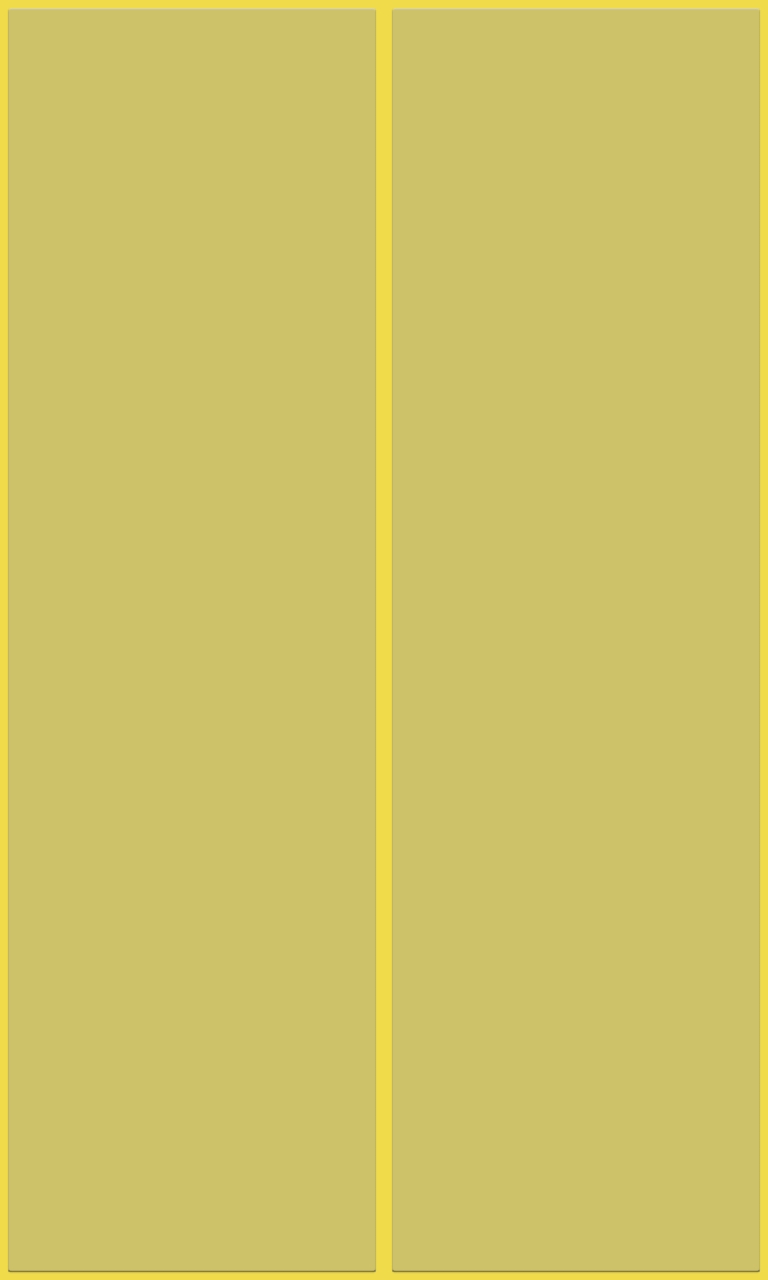
Repository: Skyremix/Winx
Layout: Winx/Winx/res/layout/stages.xml
The author's editor kept a copy of each file at every save. The layout is drawn from the files as they stood at one save, then again after the next save.
It is drawn on a 768 x 1280 px phone screen (xhdpi) without system bars, with theme AppTheme; the app's code is not run.

Above is the layout before, as saved 2015-05-14 23:47:44.

### Winx/Winx/res/layout/stages.xml
<?xml version="1.0" encoding="utf-8"?>
<LinearLayout xmlns:android="http://schemas.android.com/apk/res/android"
    android:layout_width="match_parent"
    android:layout_height="match_parent"
    android:orientation="vertical"
    android:background="#F0DC4B">

    <LinearLayout
        android:layout_width="match_parent"
        android:layout_height="wrap_content"
        android:layout_weight="1" >

        <LinearLayout
            android:layout_width="match_parent"
            android:layout_height="match_parent"
            android:layout_weight="1" >

            <Button
                android:id="@+id/btnback"
                android:layout_width="wrap_content"
                android:layout_height="wrap_content"
                android:layout_gravity="center_horizontal"
                android:text="Back"
                android:textColor="#316664"/>

        </LinearLayout>

        <LinearLayout
            android:layout_width="match_parent"
            android:layout_height="match_parent"
            android:layout_weight="1">


        </LinearLayout>

    </LinearLayout>

    <LinearLayout
        android:layout_width="match_parent"
        android:layout_height="match_parent">

        <LinearLayout
            android:layout_width="match_parent"
            android:layout_height="match_parent"
            android:layout_weight="1" >

            <Button
                android:id="@+id/imageView1"
                android:layout_width="match_parent"
                android:layout_height="match_parent"
                android:layout_gravity="center_horizontal"
                android:src="@drawable/buttons"/>

        </LinearLayout>

        <LinearLayout
            android:layout_width="match_parent"
            android:layout_height="match_parent"
            android:layout_weight="1">

            <Button
                android:id="@+id/imageView2"
                android:layout_width="match_parent"
                android:layout_height="match_parent"
                android:src="@drawable/buttons" />

        </LinearLayout>

    </LinearLayout>

  <LinearLayout
	        android:layout_width="match_parent"
	        android:layout_height="wrap_content"
	        android:background="#F0DC4B" >

	                 <LinearLayout
            android:layout_width="match_parent"
            android:layout_height="match_parent"
            android:layout_weight="1.00"
            android:background="#9C79AE"
            android:gravity="center_horizontal"
            android:layout_marginTop="2dp"
            android:layout_marginLeft="3dp"
            android:layout_marginBottom="2dp">

            <TextView
                android:id="@+id/textView116"
                android:layout_width="wrap_content"
                android:layout_height="wrap_content"
                android:text="Мисс Блум"
                android:textColor="#AE1C0D"/>

        </LinearLayout>

         <LinearLayout
            android:layout_width="match_parent"
            android:layout_height="match_parent"
            android:layout_weight="1.00"
            android:background="#9C79AE"
            android:gravity="center_horizontal"
            android:layout_marginTop="2dp"
            android:layout_marginLeft="3dp"
            android:layout_marginBottom="2dp"
            android:layout_marginRight="3dp">

            <TextView
                android:id="@+id/textView1565"
                android:layout_width="wrap_content"
                android:layout_height="wrap_content"
                android:text="Звезда Техна"
                android:textColor="#AE1C0D"/>

        </LinearLayout>

    </LinearLayout>

    <LinearLayout
        android:layout_width="match_parent"
        android:layout_height="115dp" >

        <LinearLayout
            android:layout_width="match_parent"
            android:layout_height="match_parent"
            android:layout_weight="1" >

            <Button
                android:id="@+id/imageView3"
                android:layout_width="match_parent"
                android:layout_height="match_parent"
                android:src="@drawable/buttons" />

        </LinearLayout>

        <LinearLayout
            android:layout_width="match_parent"
            android:layout_height="match_parent"
            android:layout_weight="1" >

            <Button
                android:id="@+id/imageView4"
                android:layout_width="match_parent"
                android:layout_height="match_parent"
                android:src="@drawable/buttons" />


        </LinearLayout>

    </LinearLayout>

	   <LinearLayout
	        android:layout_width="match_parent"
	        android:layout_height="wrap_content"
	        android:background="#F0DC4B" >

	                 <LinearLayout
            android:layout_width="match_parent"
            android:layout_height="match_parent"
            android:layout_weight="1.00"
            android:background="#9C79AE"
            android:gravity="center_horizontal"
            android:layout_marginTop="2dp"
            android:layout_marginLeft="3dp"
            android:layout_marginBottom="2dp">

            <TextView
                android:id="@+id/textView11776"
                android:layout_width="wrap_content"
                android:layout_height="wrap_content"
                android:text="Принцесса"
                android:textColor="#AE1C0D"/>

        </LinearLayout>

         <LinearLayout
            android:layout_width="match_parent"
            android:layout_height="match_parent"
            android:layout_weight="1.00"
            android:background="#9C79AE"
            android:gravity="center_horizontal"
            android:layout_marginTop="2dp"
            android:layout_marginLeft="3dp"
            android:layout_marginBottom="2dp"
            android:layout_marginRight="3dp">

            <TextView
                android:id="@+id/textView115565"
                android:layout_width="wrap_content"
                android:layout_height="wrap_content"
                android:text="Сказка Флоры"
                android:textColor="#AE1C0D"/>

        </LinearLayout>
    </LinearLayout>

    <LinearLayout
        android:layout_width="match_parent"
        android:layout_height="115dp" >

        <LinearLayout
            android:layout_width="match_parent"
            android:layout_height="match_parent"
            android:layout_weight="1">

            <Button
                android:id="@+id/imageView5"
                android:layout_width="match_parent"
                android:layout_height="match_parent"
                android:src="@drawable/buttons" />

        </LinearLayout>

        <LinearLayout
            android:layout_width="match_parent"
            android:layout_height="match_parent"
            android:layout_weight="1" >

            <Button
                android:id="@+id/imageView6"
                android:layout_width="match_parent"
                android:layout_height="match_parent"
                android:src="@drawable/buttons" />

        </LinearLayout>

    </LinearLayout>

	    <LinearLayout
	        android:layout_width="match_parent"
	        android:layout_height="wrap_content"
	        android:background="#F0DC4B" >

	                 <LinearLayout
            android:layout_width="match_parent"
            android:layout_height="match_parent"
            android:layout_weight="1.00"
            android:background="#9C79AE"
            android:gravity="center_horizontal"
            android:layout_marginTop="2dp"
            android:layout_marginLeft="3dp"
            android:layout_marginBottom="2dp">

            <TextView
                android:id="@+id/textView119966"
                android:layout_width="wrap_content"
                android:layout_height="wrap_content"
                android:text="Восторг феи"
                android:textColor="#AE1C0D"/>

        </LinearLayout>

         <LinearLayout
            android:layout_width="match_parent"
            android:layout_height="match_parent"
            android:layout_weight="1.00"
            android:background="#9C79AE"
            android:gravity="center_horizontal"
            android:layout_marginTop="2dp"
            android:layout_marginLeft="3dp"
            android:layout_marginBottom="2dp"
            android:layout_marginRight="3dp">

            <TextView
                android:id="@+id/textView1584865"
                android:layout_width="wrap_content"
                android:layout_height="wrap_content"
                android:text="Красивая радуга"
                android:textColor="#AE1C0D"/>

        </LinearLayout>
    </LinearLayout>
        <LinearLayout
        android:layout_width="match_parent"
        android:layout_height="wrap_content"
        android:layout_weight="0.02"
        android:background="#333333" >
    </LinearLayout>
</LinearLayout>

Loaded but not shown: Winx/Winx/res/values/styles.xml (common file); Winx/Winx/res/values-v11/styles.xml (common file); Winx/Winx/res/values-v14/styles.xml (common file)

After the next save:
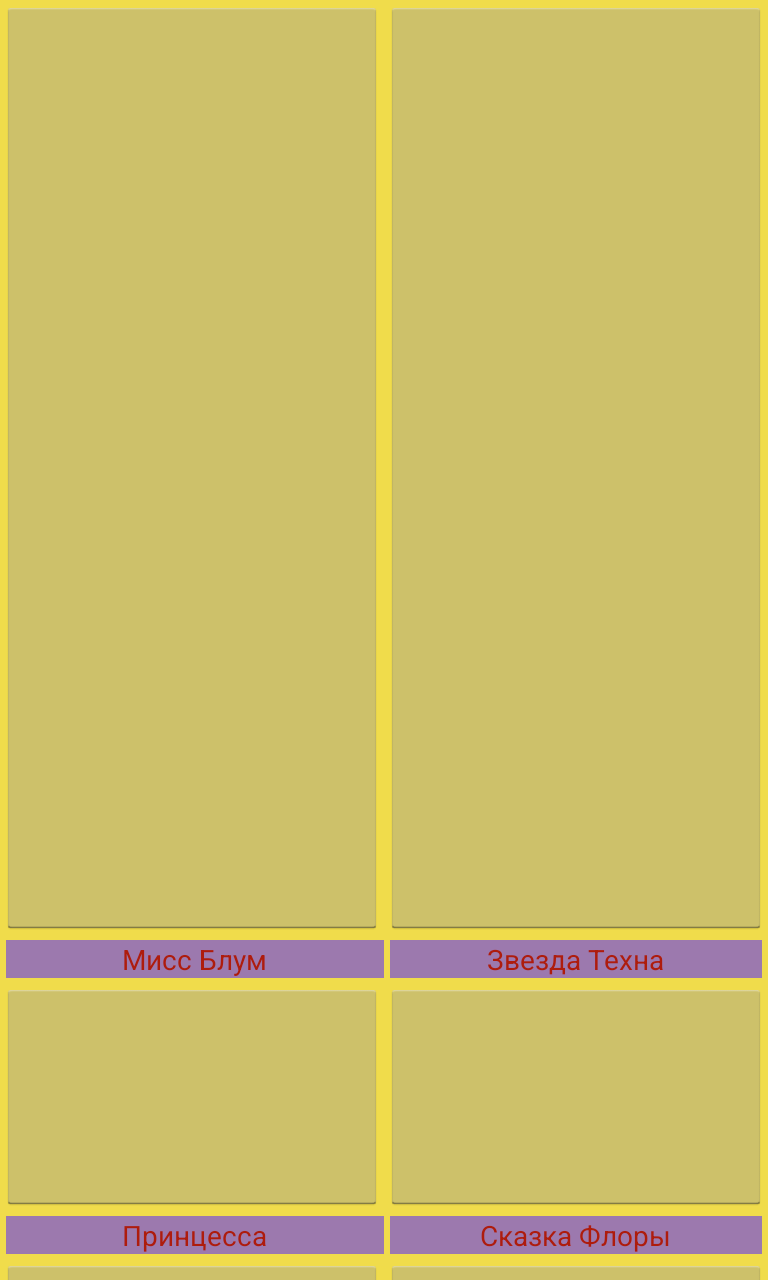
Saved 6 s later.
--- a/Winx/Winx/res/layout/stages.xml
+++ b/Winx/Winx/res/layout/stages.xml
@@ -37,7 +37,8 @@
 
     <LinearLayout
         android:layout_width="match_parent"
-        android:layout_height="match_parent">
+        android:layout_height="match_parent"
+        android:layout_weight="1">
 
         <LinearLayout
             android:layout_width="match_parent"
